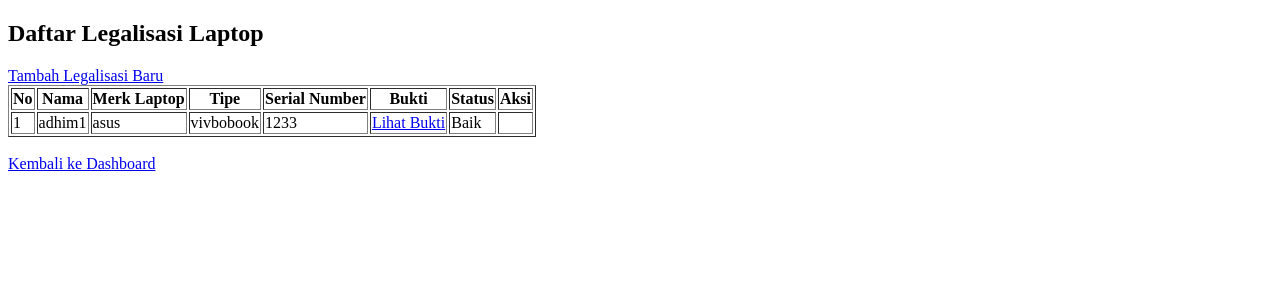
Repository: fatkquladhim/multimedia_app
Page: http://localhost/admin/legalisasi laptop/legalisasi_list.php
These files come from the project's save history. The page is drawn as it stood at one moment and after the next save; the edit follows.
The browser window is 1280 px wide. The pictures show the whole page.
The page is run by PHP 8.4 with error messages shown; the project is at /var/www/html/. The session is filled in as if someone had signed in: {"user_id": 2, "username": "asep", "role": "admin"}. The database holds what the project's SQL file puts in it.

Above is the page before, as saved 2025-07-14 13:30:39.

After the next save:
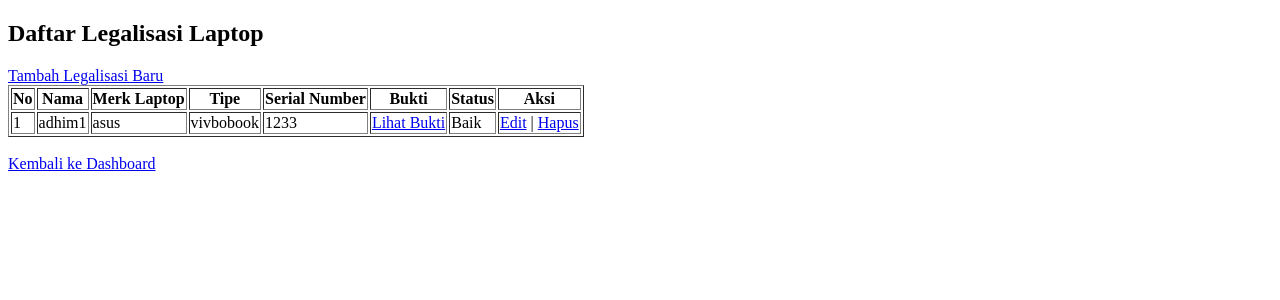
Saved 78 s later.
--- a/admin/legalisasi laptop/legalisasi_list.php
+++ b/admin/legalisasi laptop/legalisasi_list.php
@@ -67,13 +67,8 @@ $result = $conn->query($query);
                 </td>
                 <td><?php echo htmlspecialchars($row['status']); ?></td>
                 <td>
-                    <?php if($row['status'] == 'pending'): ?>
-                        <form action="legalisasi_store.php" method="POST" style="display:inline;">
-                            <input type="hidden" name="id" value="<?php echo $row['id']; ?>">
-                            <button type="submit" name="action" value="approve">Setujui</button>
-                            <button type="submit" name="action" value="reject">Tolak</button>
-                        </form>
-                    <?php endif; ?>
+                    <a href="legalisasi_edit.php?id=<?php echo $row['id']; ?>">Edit</a> |
+                    <a href="legalisasi_hapus.php?id=<?php echo $row['id']; ?>" onclick="return confirm('Yakin ingin menghapus legalisasi ini?')">Hapus</a>
                 </td>
             </tr>
             <?php endwhile; ?>
